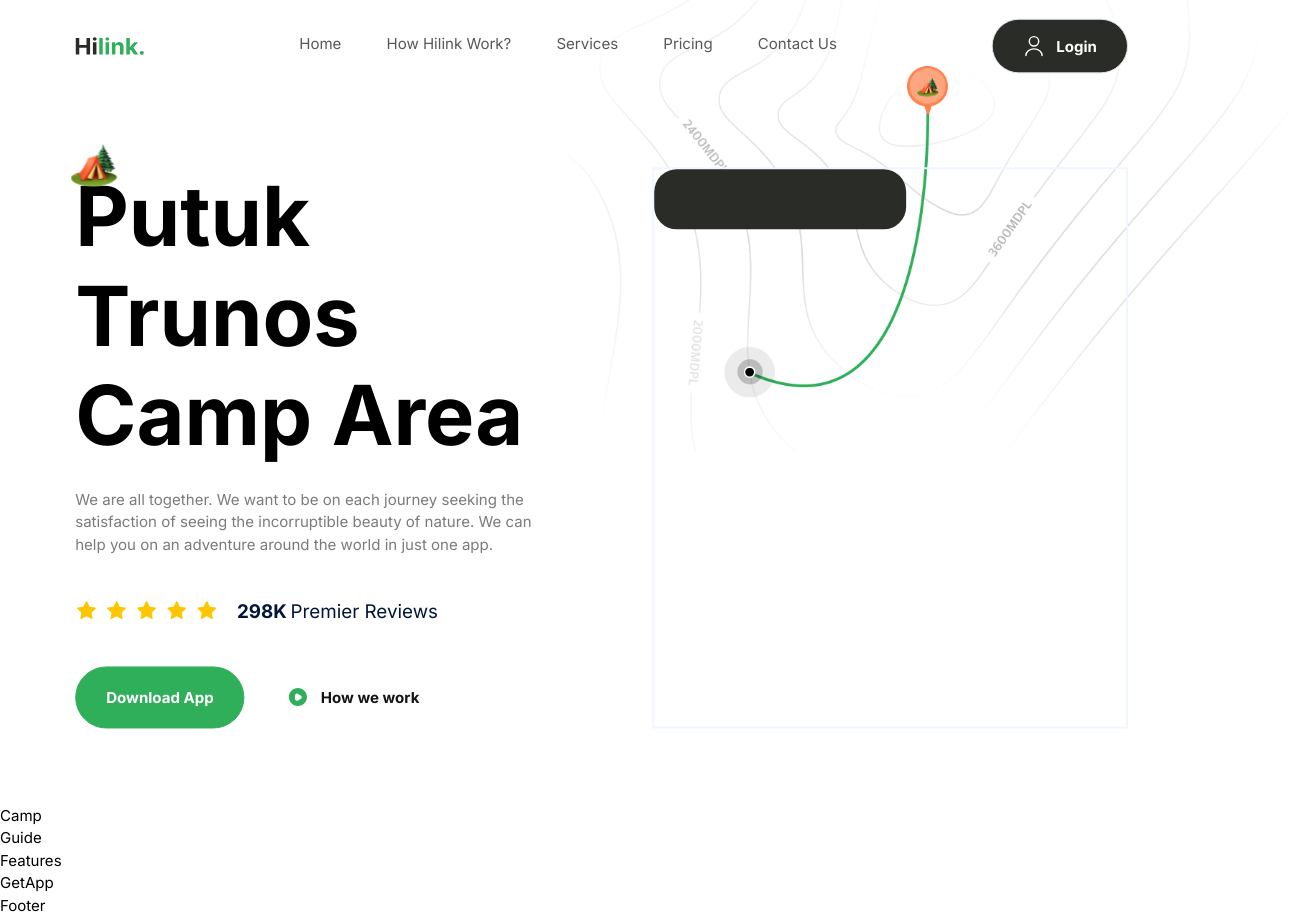
Repository: SouthpawC0der/Modern-reactsite
Page: /
The author's editor kept a copy of each file at every save. The page is drawn from the files as they stood at one save, then again after the next save.
The browser window is 1280 px wide. The page is 1392 px wide, so the pictures cover 1392 px, including what lies to the right of the window. The pictures show the whole page, at 94% of full size.
The project was rebuilt for these pictures with package versions that can differ from the ones it lists, and the page was loaded fresh each time. The framework's server and built-in components were replaced by stand-ins that run in the browser. Also part of the build but not shown: next.config.ts.

Above is the page before, as saved 2025-01-30 11:44:02.

### app/layout.tsx
import type { Metadata } from "next";
import "./globals.css";
import Navbar from "@/components/Navbar";
import Footer from "@/components/Footer";

export default function RootLayout({
  children,
}: Readonly<{
  children: React.ReactNode;
}>) {
  return (
    <html lang="en">
      <body>
        <Navbar />
        <main className="relative-overflow-hidden">
        {children}
        </main>
        <Footer />
      </body>
    </html>
  );
}

### app/page.tsx
import Camp from "@/components/Camp";
import Features from "@/components/Features";
import GetApp from "@/components/GetApp";
import Guide from "@/components/Guide";
import Hero from "@/components/Hero";


export default function Home() {
  return (
    <>
    <Hero />
    <Camp />
    <Guide />
    <Features />
    <GetApp />
    </>
  );
}

### app/globals.css

@import url('https://fonts.googleapis.com/css2?family=Inter:wght@400;500;600;700;800&display=swap');

@tailwind base;
@tailwind components;
@tailwind utilities;

* {
  margin: 0;
  padding: 0;
  box-sizing: border-box;
}

body {
  font-family: Inter;
}

@layer utilities {
  .btn_white {
    @apply  border-white bg-white px-8 py-3 text-green-50
  }
  .btn_white_text  {
    @apply  border-white bg-white px-8 py-3 text-gray-90
  }
  .btn_green  {
    @apply  border-green-50 bg-green-50 px-8 py-5 text-white
  }
  .btn_dark_green {
    @apply  bg-green-90 px-8 py-4 text-white transition-all hover:bg-black
  }
  .btn_dark_green_outline  {
    @apply border-gray-20 bg-green-90 px-8 py-5 text-white
  }

  .max-container {
    @apply mx-auto max-w-[1440px];
  }

  .padding-container {
    @apply px-6 lg:px-20 3xl:px-0;
  }

  .flexCenter {
    @apply flex items-center justify-center;
  }

  .flexBetween {
    @apply flex items-center justify-between;
  }

  .flexStart {
    @apply flex items-center justify-start;
  }

  .flexEnd {
    @apply flex items-center justify-end;
  }

  /* FONTS */
  .regular-64 {
    @apply text-[64px] font-[400] leading-[120%];
  }

  .regular-40 {
    @apply text-[40px] font-[400] leading-[120%];
  }

  .regular-32 {
    @apply text-[32px] font-[400];
  }

  .regular-24 {
    @apply text-[24px] font-[400];
  }

  .regular-20 {
    @apply text-[20px] font-[400];
  }

  .regular-18 {
    @apply text-[18px] font-[400];
  }

  .regular-16 {
    @apply text-[16px] font-[400];
  }

  .regular-14 {
    @apply text-[14px] font-[400];
  }

  .medium-14 {
    @apply text-[14px] font-[600];
  }

  .bold-88 {
    @apply text-[88px] font-[700] leading-[120%];
  }

  .bold-64 {
    @apply text-[64px] font-[700] leading-[120%];
  }

  .bold-52 {
    @apply text-[52px] font-[700] leading-[120%];
  }

  .bold-40 {
    @apply text-[40px] font-[700] leading-[120%];
  }

  .bold-32 {
    @apply text-[32px] font-[700] leading-[120%];
  }

  .bold-20 {
    @apply text-[20px] font-[700];
  }

  .bold-18 {
    @apply text-[18px] font-[700];
  }

  .bold-16 {
    @apply text-[16px] font-[700];
  }

  /* Hero */
  .hero-map {
    @apply absolute right-0 top-0 h-screen w-screen bg-pattern-2 bg-cover bg-center md:-right-28 xl:-top-60;
  }

  /* Camp */
  .camp-quote {
    @apply absolute -right-6 bottom-4 w-[140px] lg:bottom-10 xl:-right-8 xl:w-[186px] 3xl:right-0;
  }

  /* Feature */
  .feature-phone {
    @apply absolute top-[13%] z-10 hidden max-w-[1500px] rotate-[15deg] md:-left-16 lg:flex  3xl:left-20;
  }

  /* Get App */
  .get-app {
    @apply max-container relative flex w-full  flex-col justify-between gap-32 overflow-hidden bg-green-90 bg-pattern bg-cover bg-center bg-no-repeat px-6 py-12 text-white sm:flex-row sm:gap-12 sm:py-24 lg:px-20 xl:max-h-[598px] 2xl:rounded-5xl;
  }
}

/* Hide scrollbar for Chrome, Safari and Opera */
.hide-scrollbar::-webkit-scrollbar {
  display: none;
}

/* Hide scrollbar for IE, Edge and Firefox */
.hide-scrollbar {
  -ms-overflow-style: none; /* IE and Edge */
  scrollbar-width: none; /* Firefox */
}

### components/Navbar.tsx
import { NAV_LINKS } from '@/constants'
import Image from 'next/image'
import Link from 'next/link'
import React from 'react'
import Button from './Button'

const Navbar = () => {
  return (
    <nav className='flexBetween max-container padding-container relative z-30 py-5'>
        <Link href="/">
          <Image src="/hilink-logo.svg" alt='logo' width={74} height={29} />
        </Link>

          <ul className='hidden h-full gap-12 lg:flex'>
             {NAV_LINKS.map((link) => (
                <Link href={link.href} key={link.key}
                className='regular-16 text-gray-50 flexCenter cursor-pointer pb-1.5 transition-all hover:font-bold'
                >
                    {link.label}
                </Link>
             ))}
          </ul>

          <div className='lg:flexCenter hidden'>
            <Button
            type='button'
            title='Login'
            icon='/user.svg'
            variant='btn_dark_green'
            />
          </div>

          <Image
          src='menu.svg'
          alt='menu'
          width={32}
          height={32}
          className='inline-block cursor-pointer lg:hidden'
          />
    </nav>
  )
}


export default Navbar

### components/Hero.tsx
import Image from 'next/image'
import React from 'react'
import Button from './Button'

const Hero = () => {
  return (
    <section className='max-container padding-container flex flex-col gap-20 py-10 pb-32 md:gap-28
     lg:py-20 xl:flex-row '>
        <div className='hero-map' />

        <div className='relative z-10 flex flex-1 flex-col xl:w-1/2'>
            <Image
            src='/camp.svg'
            alt='camp'
            width={50}
            height={50}
            className='absolute left-[-5px] top-[-30px] w-10 lg:w-[50px]'
             />
             <h1 className='bold-32 lg:bold-88'>Putuk Trunos Camp Area</h1>
             <p className='regular-16 mt-6 text-gray-30 xl:max-[520px]'>
                We are all together. We want to be on each journey seeking the
                satisfaction of seeing the incorruptible beauty of nature. We can
                help you on an adventure around the world in just one app.
             </p>

             <div className='my-11 flex flex-wrap gap-5'>
                <div className='flex items-center gap-2'>
                    {Array(5).fill(1).map((_, index) => (
                        <Image
                        src='/star.svg'
                        key={index}
                        alt='star'
                        width={24}
                        height={24}
                        />
                    ))}
                </div>
                <p className='bold-16 lg:bold-20 text-blue-70'>
                    298K
                    <span className='regular-16 lg:regular-20 ml-1'>Premier Reviews</span>
                </p>
             </div>
             <div className='flex flex-col w-full gap-3 sm:flex-row'>
                    <Button
                    type='button'
                    title='Download App'
                    variant='btn_green'
                    />
                    <Button
                    type='button'
                    title='How we work'
                    icon='/play.svg'
                    variant='btn_white_text'
                    />
             </div>
        </div>

        <div className='relative flex flex-1 items-start border-2 border-blue-50'>
           <div className='relative z-20 w-[268px] flex-col gap-8 rounded-3xl bg-green-90 px-7 py-8'>
            </div>
        </div>
    </section>
  )
}

export default Hero

### components/Button.tsx
import Image from 'next/image';
import React from 'react'

type ButtonProps = {
    type: 'button' | 'submit';
    title: string;
    icon?: string,
    variant: string
}

const Button = ( {type, title, icon, variant }: ButtonProps) => {
  return (
    <button
    className={`flexCenter gap-3 rounded-full border ${variant}`}
    type={type}

    >
        {icon && <Image src={icon} alt={title} width={24} height={24} />}
        <label className='bold-16 whitespace-nowrap'>{title}</label>
    </button>
  )
}

export default Button

Loaded but not shown: components/Footer.tsx (common file); components/Camp.tsx (common file); components/Features.tsx (common file); components/GetApp.tsx (common file); components/Guide.tsx (common file); constants/index.ts (common file); tailwind.config.ts (common file)

After the next save:
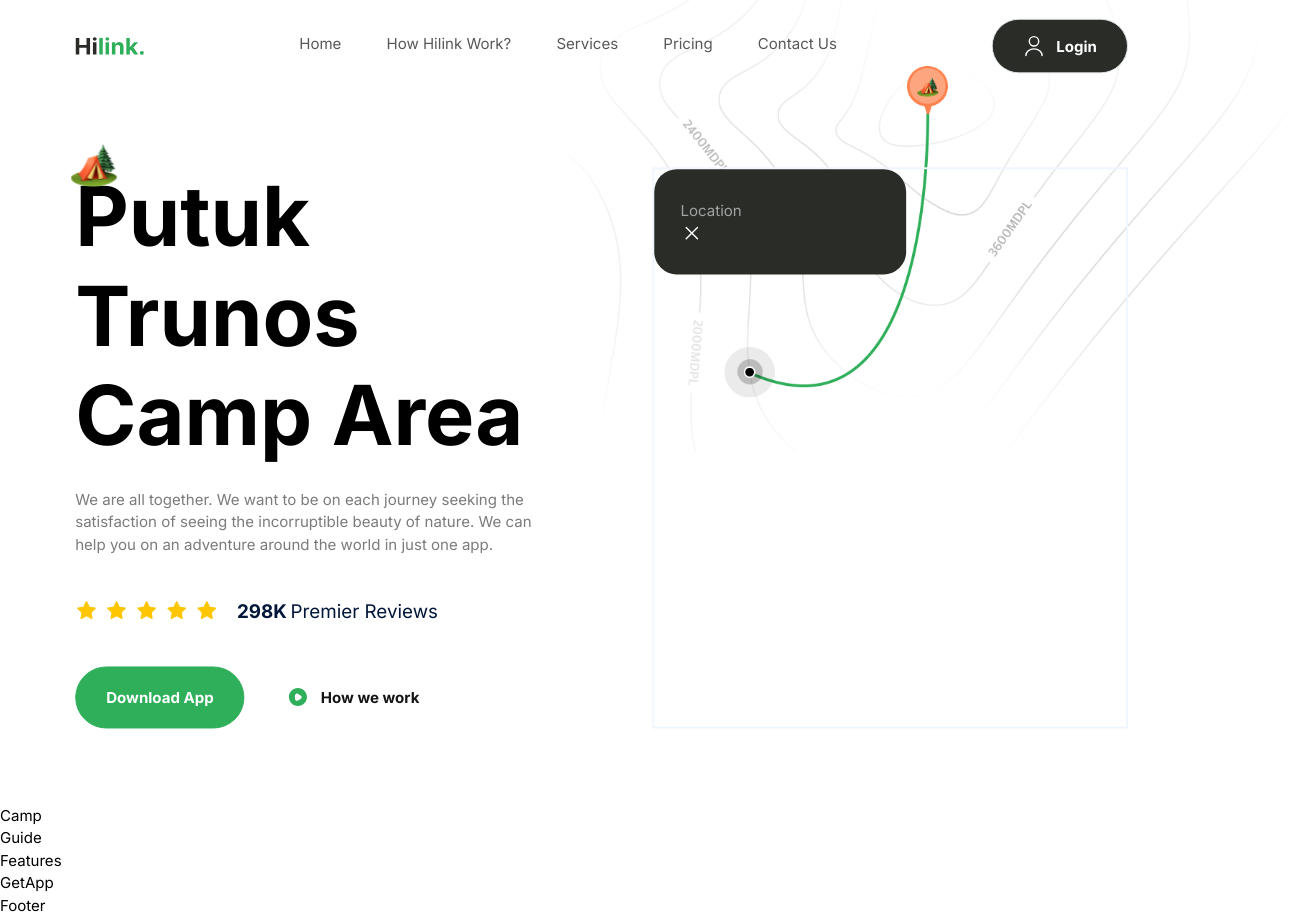
Saved 2 min 11 s later.
--- a/components/Hero.tsx
+++ b/components/Hero.tsx
@@ -57,6 +57,18 @@ const Hero = () => {
 
         <div className='relative flex flex-1 items-start border-2 border-blue-50'>
            <div className='relative z-20 w-[268px] flex-col gap-8 rounded-3xl bg-green-90 px-7 py-8'>
+            <div className='flex flex-col'>
+                <div className='flexBetween'>
+                    <p className='regular-16 text-gray-20'>Location
+                        <Image
+                          src='/close.svg'
+                          alt='close'
+                          width={24}
+                          height={24}
+                        />
+                    </p>
+                </div>
+            </div>
             </div>
         </div>
     </section>
